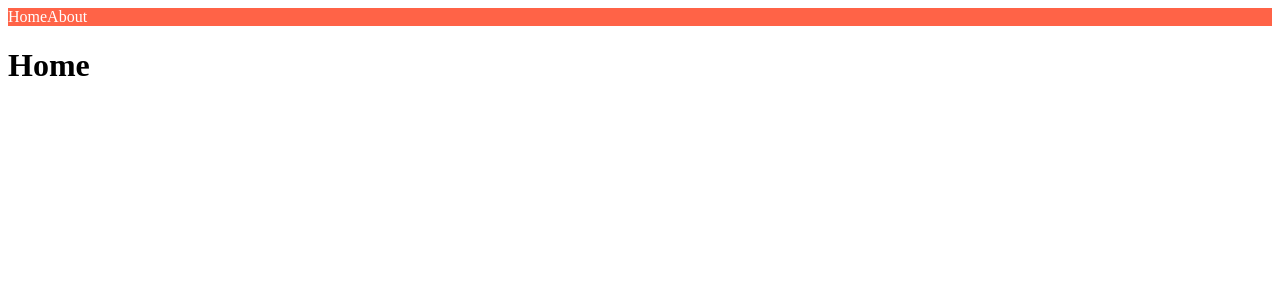
Repository: pjk0007/next-intro-movies
Page: /
An editor plug-in stored every save of this project. The page is shown before and after the next save, followed by the edit.
The browser window is 1280 px wide. The pictures show the whole page.
The project was rebuilt for these pictures with package versions that can differ from the ones it lists, and the page was loaded fresh each time. Some packages were replaced by stand-ins written for this rebuild. The framework's server and built-in components were replaced by stand-ins that run in the browser. Also part of the build but not shown: next.config.js.

Above is the page before, as saved 2022-03-11 19:50:26.

After the next save:
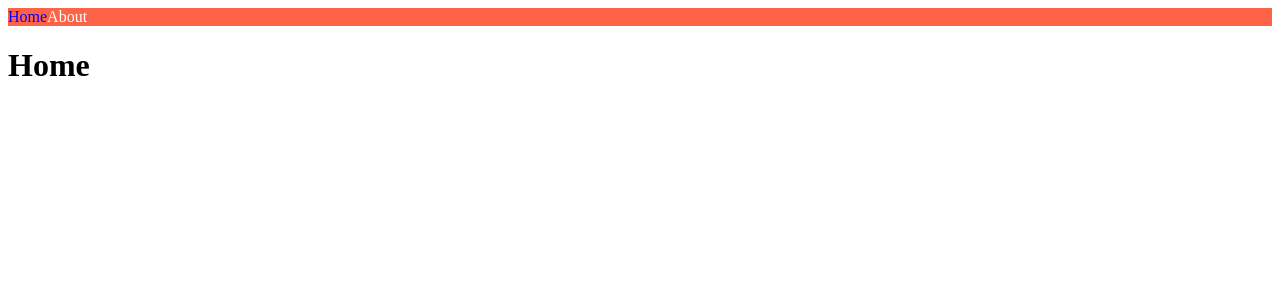
Saved 89 s later.
--- a/components/NavBar.tsx
+++ b/components/NavBar.tsx
@@ -8,10 +8,10 @@ export default function NavBar() {
   return (
     <nav>
       <Link href="/">
-        <a>Home</a>
+        <a className={router.pathname === "/" ? "active" : ""}>Home</a>
       </Link>
       <Link href="/about">
-        <a>About</a>
+        <a className={router.pathname === "/about" ? "active" : ""}>About</a>
       </Link>
 
       <style jsx>{`
@@ -21,6 +21,9 @@ export default function NavBar() {
         a {
           text-decoration: none;
         }
+        .active {
+          color: blue;
+        }
       `}</style>
     </nav>
   );
